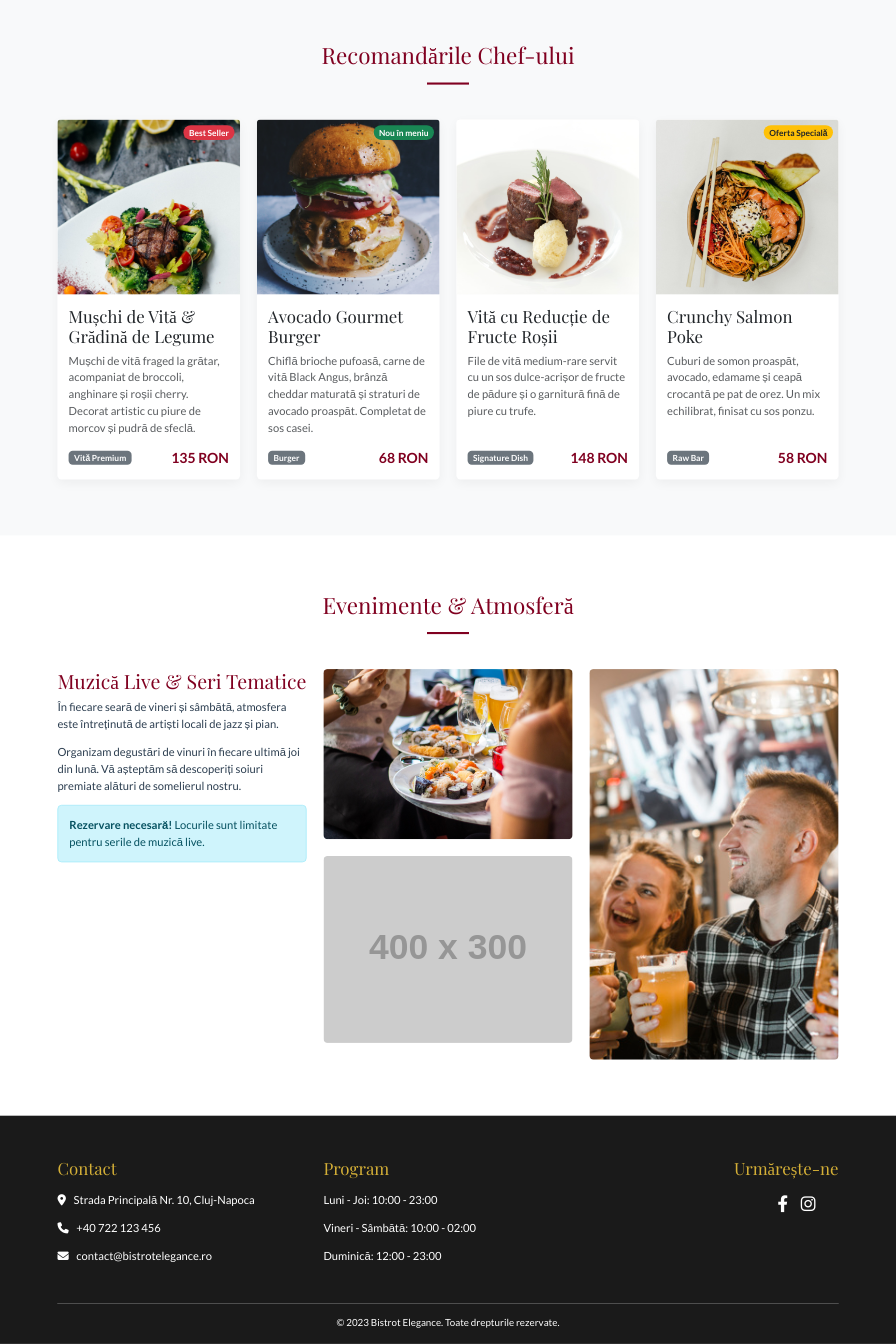
Repository: 912-Comsa-Teodora/bistrot-restaurant
Page: restaurant/index.html
An editor plug-in stored every save of this project. The page is shown before and after the next save, followed by the edit.
The browser window is 1280 px wide. The pictures show the part of the page from y = 1157 to 3077 px (the page is 3077 px tall before and 3048 px after), at 70% of full size.
A picture or video elsewhere on the page could not be fetched, so the positions and the page height are approximate.

Above is the page before, as saved 2026-01-17 13:58:35.

After the next save:
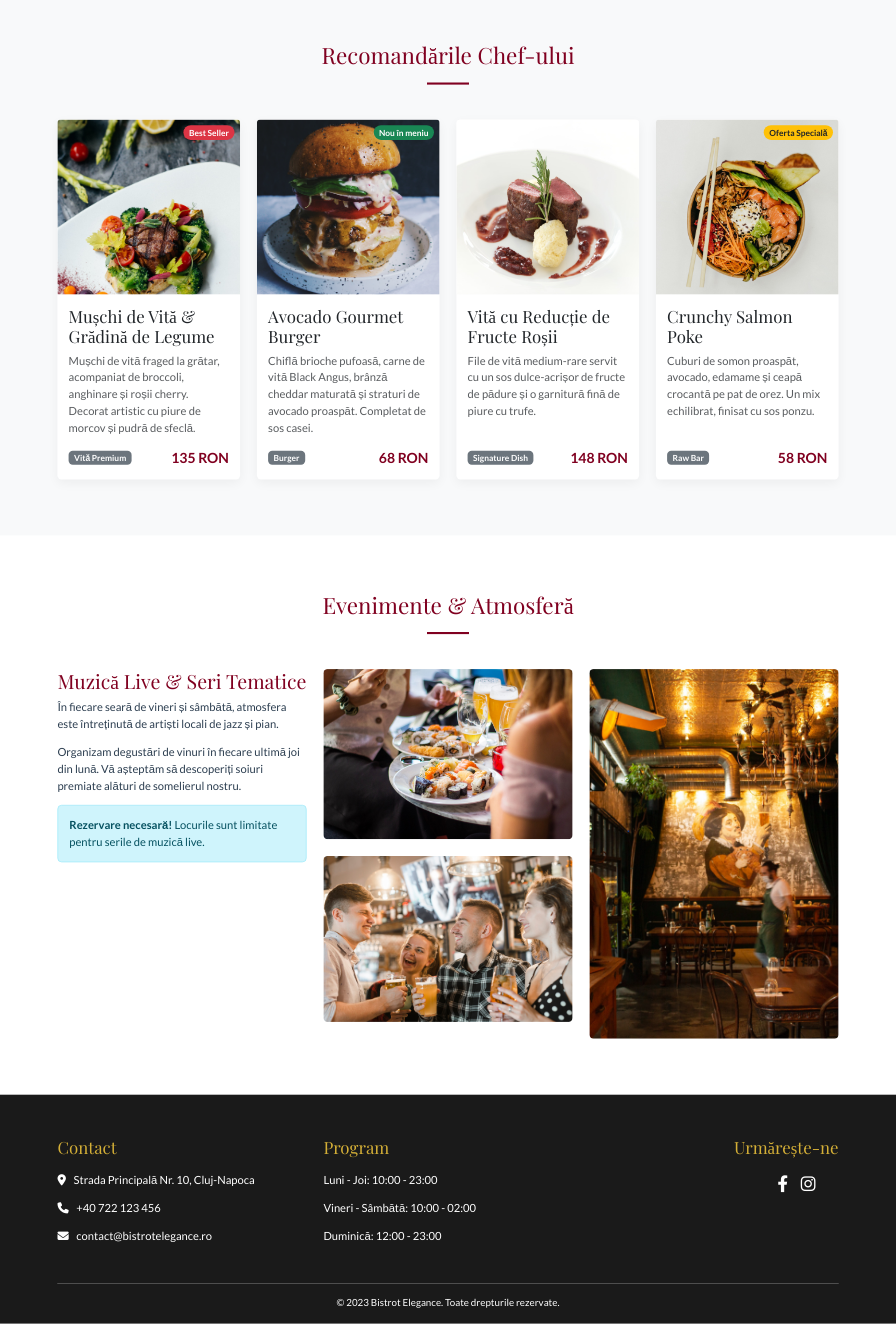
Saved 4 min 50 s later.
--- a/restaurant/index.html
+++ b/restaurant/index.html
@@ -338,11 +338,11 @@
 
                 <div class="col-lg-4 col-md-6 mb-4">
                     <img src="pictures/seara-tematica-sushi.jpg" class="img-fluid rounded mb-4 w-100" alt="Formatie de jazz cantand live">
-                    <img src="https://placehold.co/400x300/555/fff?text=Degustare+Vin" class="img-fluid rounded w-100" alt="Pahare de vin pe masa">
+                    <img src="pictures/petrecere-privata.jpg" class="img-fluid rounded w-100" alt="Pahare de vin pe masa">
                 </div>
 
                 <div class="col-lg-4 col-md-6">
-                    <img src="pictures/petrecere-privata.jpg" class="img-fluid rounded h-100 w-100" style="object-fit: cover;" alt="Grup de oameni la o masa festiva">
+                    <img src="pictures/seara-de-jazz.jpg" class="img-fluid rounded h-100 w-100" style="object-fit: cover;" alt="Grup de oameni la o masa festiva">
                 </div>
             </div>
         </div>
